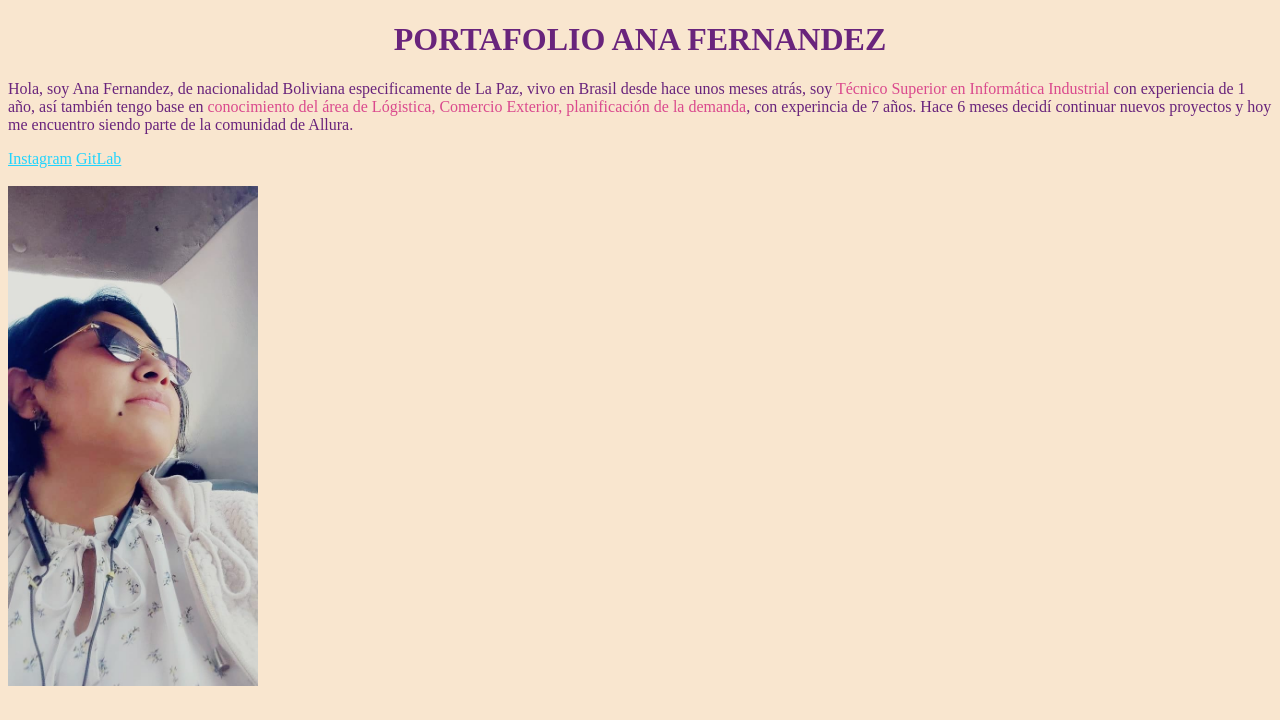
Repository: AnaFzCz/PROYECTOS-HTML---CSS2
Page: Portafolio/index.html
The author's editor kept a copy of each file at every save. The page is drawn from the files as they stood at one save, then again after the next save.
The browser window is 1280 px wide. The pictures show the whole page.

Above is the page before, as saved 2025-01-23 06:49:18.

### Portafolio/index.html
<!DOCTYPE html>
<html lang="en">
<head>
    <meta charset="UTF-8">
    <meta http-equiv="X-UA-Compatible" content="IE=edge">
    <meta name="viewport" content="width=device-width, initial-scale=1.0">
    <title>Portafolio</title>
    <link rel="stylesheet" href="style.css">
</head>
<body>
    <header>

    </header>
    <main>
        <h1 style="text-align: center;">PORTAFOLIO ANA FERNANDEZ</h1>
        <p>Hola, soy Ana Fernandez, de nacionalidad Boliviana especificamente de La Paz, vivo en Brasil desde hace unos meses atrás, soy <span>Técnico Superior en Informática Industrial</span> con experiencia de 1 año, así también tengo base en <span>conocimiento del área de Lógistica, Comercio Exterior, planificación de la demanda</span>, con experincia de 7 años. Hace 6 meses decidí continuar nuevos proyectos y hoy me encuentro siendo parte de la comunidad de Allura.</p>
            <div >
        <a href="https://instagram.com/anafzcz">Instagram</a>
        <a href="https://github.com/AnaFzCz">GitLab</a>
        <br>
        <br>
        <img src="mindfullness.jpg" alt="myself" style="width:250px;height: 500px;">
        </div>
    </main>
    <footer></footer>
</body>
</html>

### Portafolio/style.css
body{
   background-color: #F9E6CF;
   color:#69247C;
    font-family: "papyrus";
}

span{
    color:#DA498D;
}

a{
    color: #22D4FD;
    /*border: 1px solid #22D4FD;
    padding: 10px;*/
}

/*h1 {
    color: #333333;

}
button {
    background-color: green;
    color: white;

}
footer {
    background-color: gray;
    color: white;

}
a {
    color: DodgerBlue;

}*/

After the next save:
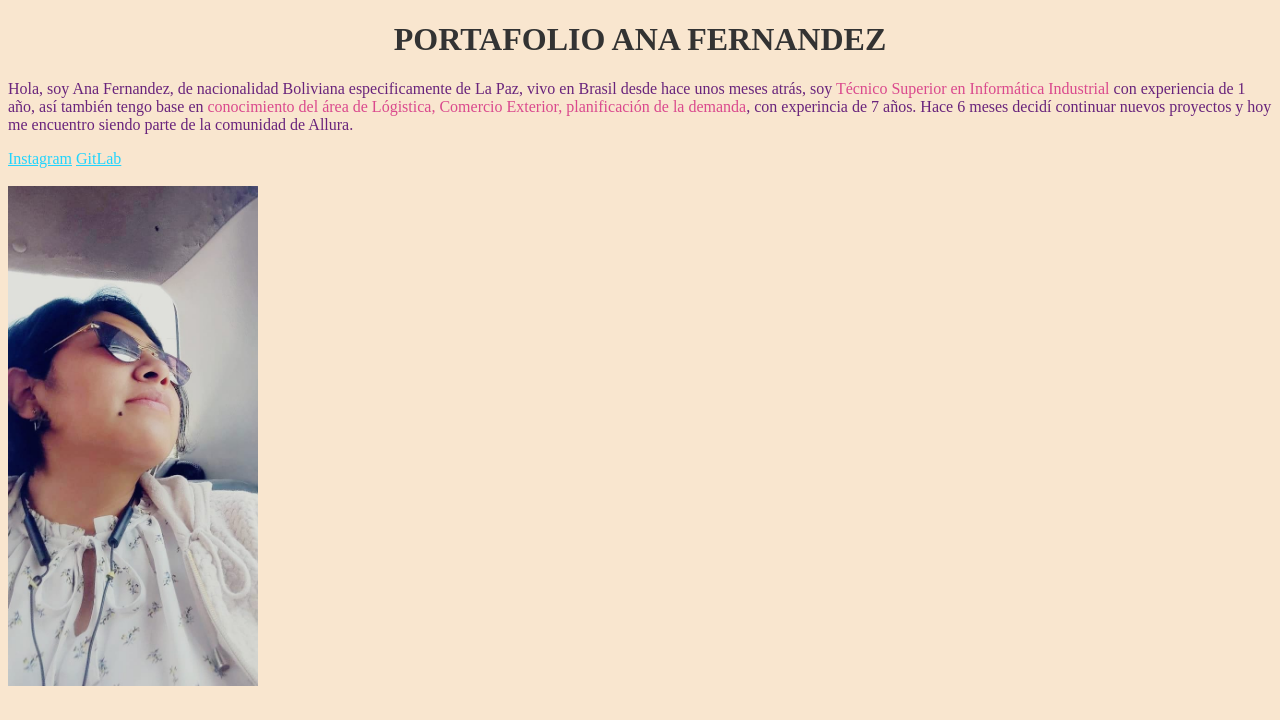
Saved 69 s later.
--- a/Portafolio/style.css
+++ b/Portafolio/style.css
@@ -14,10 +14,11 @@ a{
     padding: 10px;*/
 }
 
-/*h1 {
+h1 {
     color: #333333;
-
+align-content: center;
 }
+/*
 button {
     background-color: green;
     color: white;

After the 2 saves that followed:
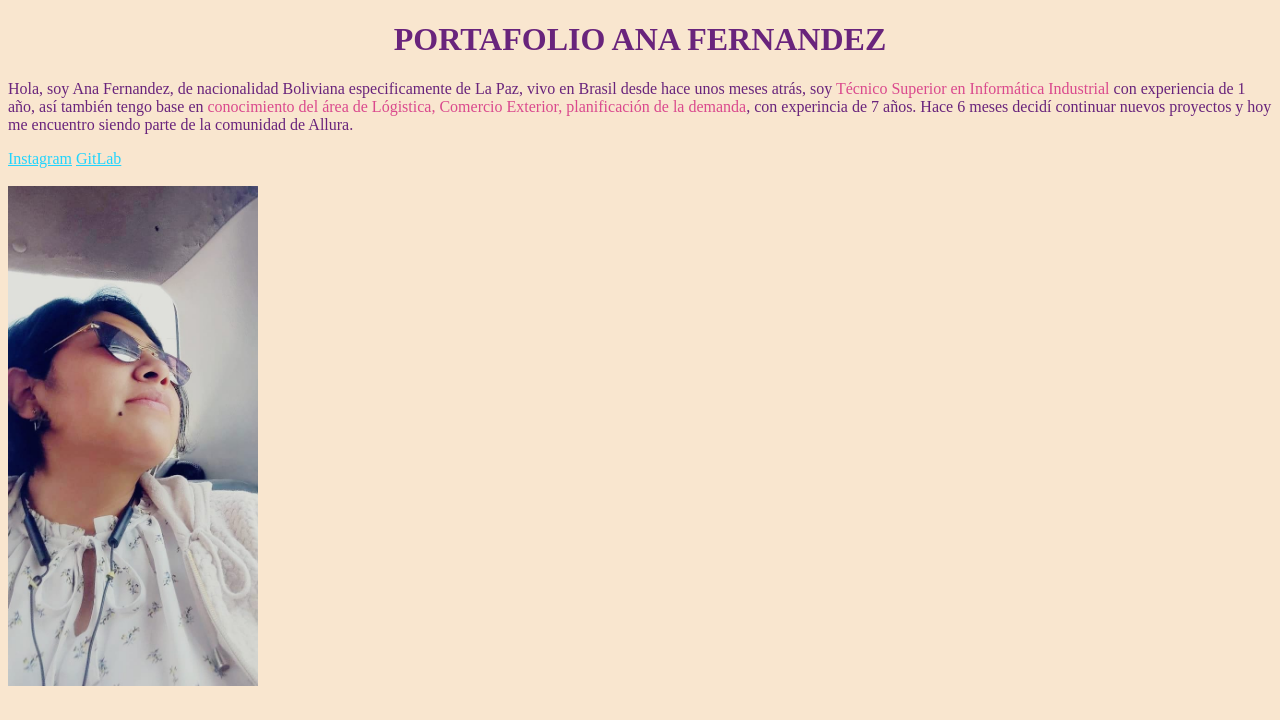
The 2 saves are shown as one change because 1 left the picture as it was.
The last was saved 38 s later.
--- a/Portafolio/style.css
+++ b/Portafolio/style.css
@@ -10,13 +10,13 @@ span{
 
 a{
     color: #22D4FD;
+    align-content:center;
     /*border: 1px solid #22D4FD;
     padding: 10px;*/
 }
 
 h1 {
-    color: #333333;
-align-content: center;
+   align-content: center;
 }
 /*
 button {
